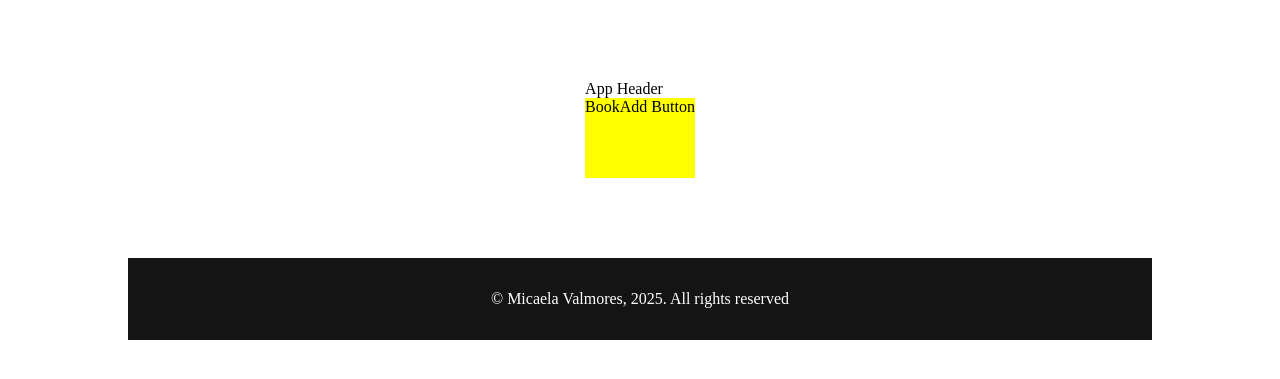
Repository: Micaelavalmores/COMP3170-Data-Fetching
Page: /
The author's editor kept a copy of each file at every save. The page is drawn from the files as they stood at one save, then again after the next save.
The browser window is 1280 px wide. The pictures show the whole page.
The project was rebuilt for these pictures with package versions that can differ from the ones it lists, and the page was loaded fresh each time. Also part of the build but not shown: vite.config.js.

Above is the page before, as saved 2025-09-22 17:57:11.

### index.html
<!doctype html>
<html lang="en">
  <head>
    <meta charset="UTF-8" />
    <meta name="viewport" content="width=device-width, initial-scale=1.0" />
    <title>Book Catalog</title>
  </head>
  <body>
    <div id="root"></div>
    <script type="module" src="/src/main.jsx"></script>
  </body>
</html>

### src/index.css
body {
  margin: 0 auto;
}

.app {
  display: flex;
  flex-direction: column;
  width: 80%;
  margin: 0 auto;
  background: #fff;
  /* min-height: 100%; */
  justify-content: space-between;

  footer {
    padding: 0 2em;
    background: #141414;
    color: #fff;

    p {
        text-align: center;
        padding: 1em 0;
    }
  }

  .content {
    margin: 2em auto;
    padding: 3em;
  }

  .mainContent {
    height: 5em;
    width: 100%;
    background: yellow;
  }

}

### src/App.jsx
import Footer from "./components/Footer";
import Book from "./components/Book";
import AppHeader from "./components/AppHeader";
import AddButton from "./components/AddButton";


function App () {
  return (
    <div className="app">
      <section className="content">
        <AppHeader />
        <div className="mainContent">
          <Book />
          <AddButton />
        </div>
      </section>
        <Footer />
    </div>
  )
}

export default App;

### src/components/Footer.jsx
function Footer() {
    return (
        <footer>
            <p>&copy; Micaela Valmores, 2025. All rights reserved</p>
        </footer>
    );
}

export default Footer;

### src/components/Book.jsx
function Book () {
    return 'Book';
}

export default Book;

### src/components/AppHeader.jsx


function AppHeader () {
    return 'App Header';
}

export default AppHeader;

### src/components/AddButton.jsx
function AddButton () {
    return `Add Button`;
}

export default AddButton;

Loaded but not shown: src/main.jsx (common file)

After the next save:
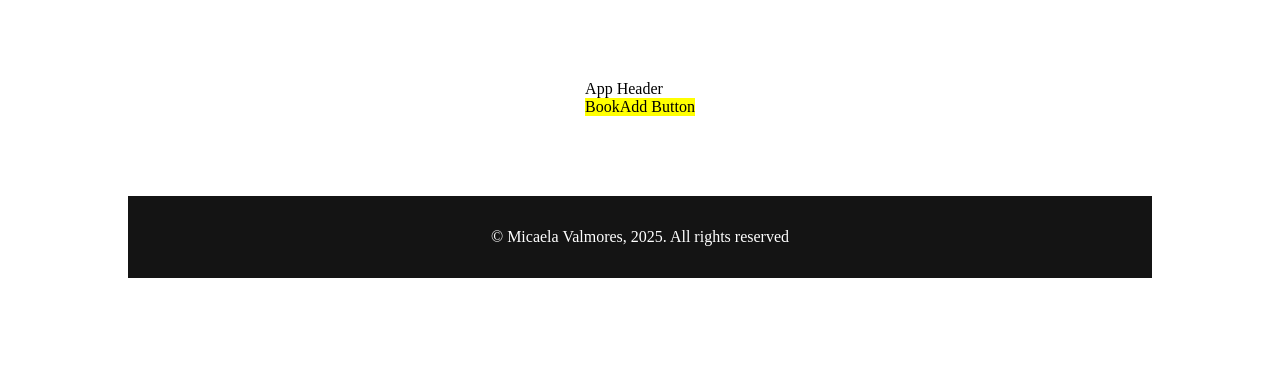
Saved 6 s later.
--- a/src/index.css
+++ b/src/index.css
@@ -28,7 +28,7 @@ body {
   }
 
   .mainContent {
-    height: 5em;
+    height: em;
     width: 100%;
     background: yellow;
   }
